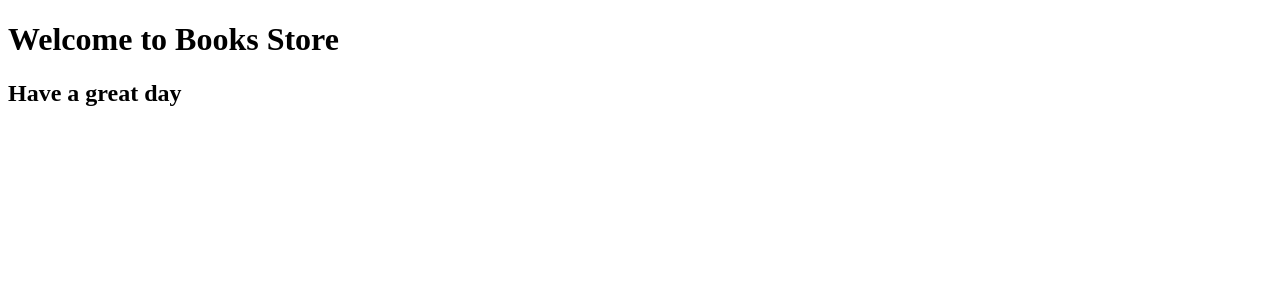
Repository: tranky1992/tranky1992.github.io
Page: http://localhost/BookStoreWebsite/frontend/index.jsp
These files come from the project's save history. The page is drawn as it stood at one moment and after the next save; the edit follows.
The browser window is 1280 px wide. The pictures show the whole page.
The page is served by Tomcat 9.

Above is the page before, as saved 2020-10-01 08:55:51.

After the next save:
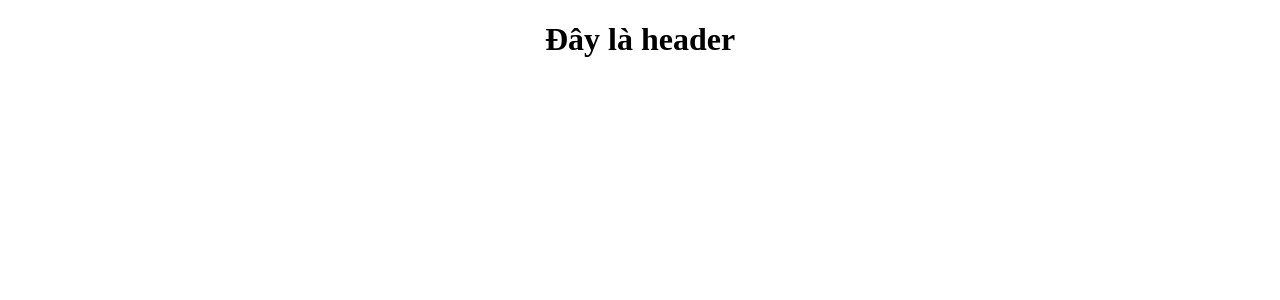
Saved 3 min 27 s later.
--- a/BookStoreWebsite/WebContent/frontend/index.jsp
+++ b/BookStoreWebsite/WebContent/frontend/index.jsp
@@ -6,7 +6,8 @@
 <title>STB Books - Online Books Store	</title>
 </head>
 <body>
-	<h1> Welcome to Books Store </h1>
-	<h2>Have a great day</h2>
+	<div align="center">
+		<h1>Đây là header</h1>
+	</div>
 </body>
 </html>
